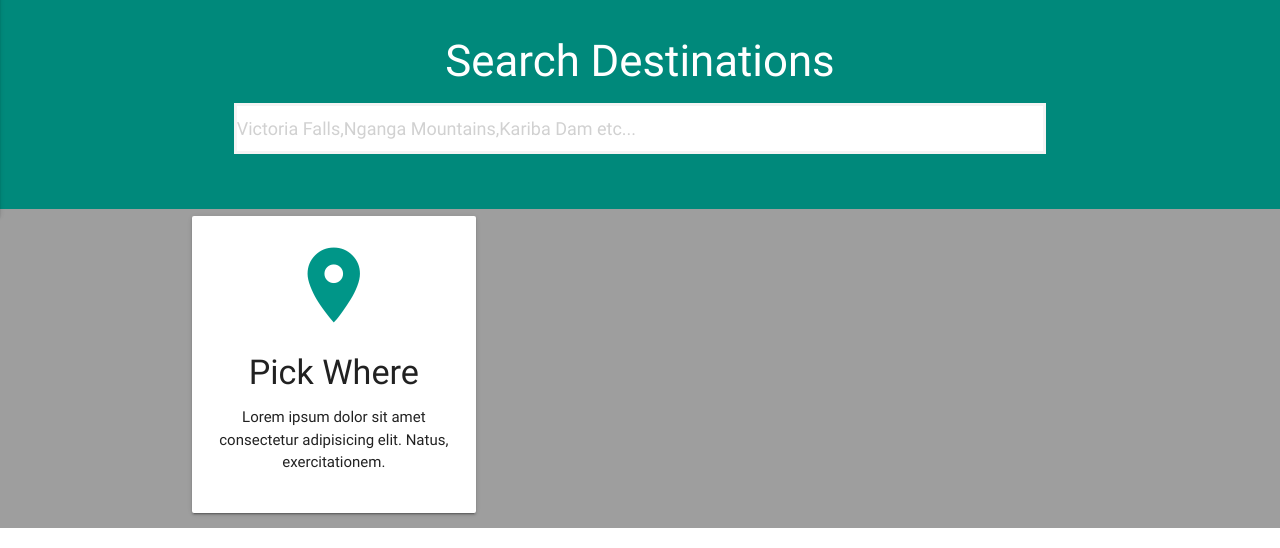
Repository: farrdy/materialize_website1_zim
Page: index.html
These files come from the project's save history. The page is drawn as it stood at one moment and after the next save; the edit follows.
The browser window is 1280 px wide. The pictures show the part of the page from y = 564 to 1112 px (the page is 1112 px tall).
Some web libraries are served in a nearby version.

Above is the page before, as saved 2020-01-01 22:12:08.

### index.html
<!DOCTYPE html>
<html>
  <head>
    <!--Import Google Icon Font-->
    <link
      href="https://fonts.googleapis.com/icon?family=Material+Icons"
      rel="stylesheet"
    />
    <!--Import materialize.css-->
    <link
      type="text/css"
      rel="stylesheet"
      href="css/materialize.min.css"
      media="screen,projection"
    />
    <link type="text/css" rel="stylesheet" href="css/main.css" />
    <script
      src="https://kit.fontawesome.com/04d0fe07bd.js"
      crossorigin="anonymous"
    ></script>

    <!--Let browser know website is optimized for mobile-->
    <meta name="viewport" content="width=device-width, initial-scale=1.0" />
    <title>Custom Materialize Theme</title>
  </head>

  <body>
    <div class="navbar-fixed">
      <nav class="teal">
        <div class="container">
          <div class="nav-wrapper">
            <a href="#Home" class="brand-logo">Zimbabwe Travelville</a>
            <a href="#" data-activates="mobile-nav" class="button-collapse">
              <i class="material-icons">menu</i>
            </a>
            <ul class=" right hide-on-med-and-down">
              <li><a href="#home">Home</a></li>
              <li><a href="#search">Search</a></li>
              <li><a href="#popular">Popular Places</a></li>
              <li><a href="#gallery">Gallery</a></li>
              <li><a href="#contact">Contact</a></li>
            </ul>
          </div>
        </div>
      </nav>
    </div>
    <ul class="side-nav" id="mobile-nav">
      <li><a href="#home">Home</a></li>
      <li><a href="#search">Search</a></li>
      <li><a href="#popular">Popular Places</a></li>
      <li><a href="#gallery">Gallery</a></li>
      <li><a href="#contact">Contact</a></li>
    </ul>

    <section class="slider">
      <ul class="slides">
        <li>
          <img src="img/resort1.jpg" alt="" />
          <div class="caption center-align">
            <h2>Take your dream vacation</h2>
            <h5 class="light grey-text  text-lighten-3 hide-on-small-only">
              Lorem ipsum, dolor sit amet consectetur adipisicing elit. Ipsam
              culpa optio explicabo! Facilis iure dolorem exercitationem
            </h5>
            <a href="#" class="btn btn-large">Learn More</a>
          </div>
        </li>
        <li>
          <img src="img/resort2.jpg" alt="" />
          <div class="caption left-align">
            <h2>We works with all budgets</h2>
            <h5 class="light grey-text  text-lighten-3 hide-on-small-only">
              Lorem ipsum, dolor sit amet consectetur adipisicing elit. Ipsam
              culpa optio explicabo! Facilis iure dolorem exercitationem
            </h5>
            <a href="#" class="btn btn-large">Learn More</a>
          </div>
        </li>
        <li>
          <img src="img/resort3.jpg" alt="" />
          <div class="caption right-align">
            <h2>Group & Individual Getaways</h2>
            <h5 class="light grey-text  text-lighten-3 hide-on-small-only">
              Lorem ipsum, dolor sit amet consectetur adipisicing elit. Ipsam
              culpa optio explicabo! Facilis iure dolorem exercitationem
            </h5>
            <a href="#" class="btn btn-large">Learn More</a>
          </div>
        </li>
      </ul>
    </section>

    <!-- Section :Search -->
    <section class="section section-search teal darken-1 white-text center">
      <div class="container">
        <div class="row">
          <div class="col s12">
            <h3>Search Destinations</h3>
            <div class="input-field">
              <input
                type="text"
                class="white grey-text autocomplete"
                placeholder="Victoria Falls,Nganga Mountains,Kariba Dam etc..."
                id="autocomplete-input"
              />
            </div>
          </div>
        </div>
      </div>
    </section>
    <!-- Section :Icon Boxes -->

    <section class="section-icons grey light-4 center">
      <div class="container">
        <div class="row">
          <div class="col s12 m4">
            <div class="card-panel">
              <i class="material-icons large teal-text">room</i>
              <h4>Pick Where</h4>
              <p>
                Lorem ipsum dolor sit amet consectetur adipisicing elit. Natus,
                exercitationem.
              </p>
            </div>
          </div>
        </div>
      </div>
    </section>

    <!--Import jQuery before materialize.js-->
    <script
      type="text/javascript"
      src="https://code.jquery.com/jquery-3.2.1.min.js"
    ></script>
    <script type="text/javascript" src="js/materialize.min.js"></script>

    <script>
      $(document).ready(function() {
        // Custom JS & jQuery here
        $(".button-collapse").sideNav();

        $(".slider").slider({
          indicators: false,
          height: 500,
          transition: 500,
          interval: 6000
        });

        $(".autocomplete").autocomplete({
          data: {
            Nyanga: null,
            Kariba: null,
            "Victoria Falls": null,
            "Gonarezhouu National park": null,
            "Hwange National Park": null,
            "Manapools National Park": null,
            Chimanimani: null
          }
        });
      });
    </script>
  </body>
</html>

### css/main.css
.slider .btn {
  margin-top: 20px;
}

.section-search input {
  padding: 5x !important;
  font-size: 18px !important;
  width: 90% !important;
  border: #f4f4f4 3px solid !important;
}

.autocomplete-content {
  position: absolute;
  width: 100%;
  text-align: center;
}

Loaded but not shown: css/materialize.min.css (library); js/materialize.min.js (library)

After the next save:
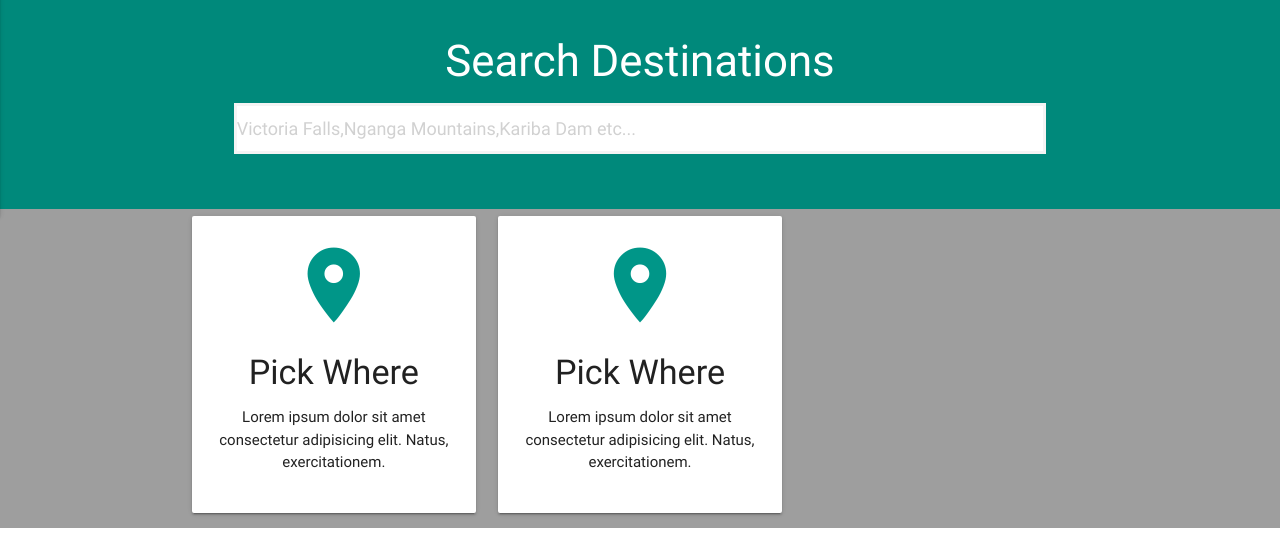
Saved 2 min 1 s later.
--- a/index.html
+++ b/index.html
@@ -123,6 +123,16 @@
               </p>
             </div>
           </div>
+          <div class="col s12 m4">
+            <div class="card-panel">
+              <i class="material-icons large teal-text">room</i>
+              <h4>Pick Where</h4>
+              <p>
+                Lorem ipsum dolor sit amet consectetur adipisicing elit. Natus,
+                exercitationem.
+              </p>
+            </div>
+          </div>
         </div>
       </div>
     </section>
